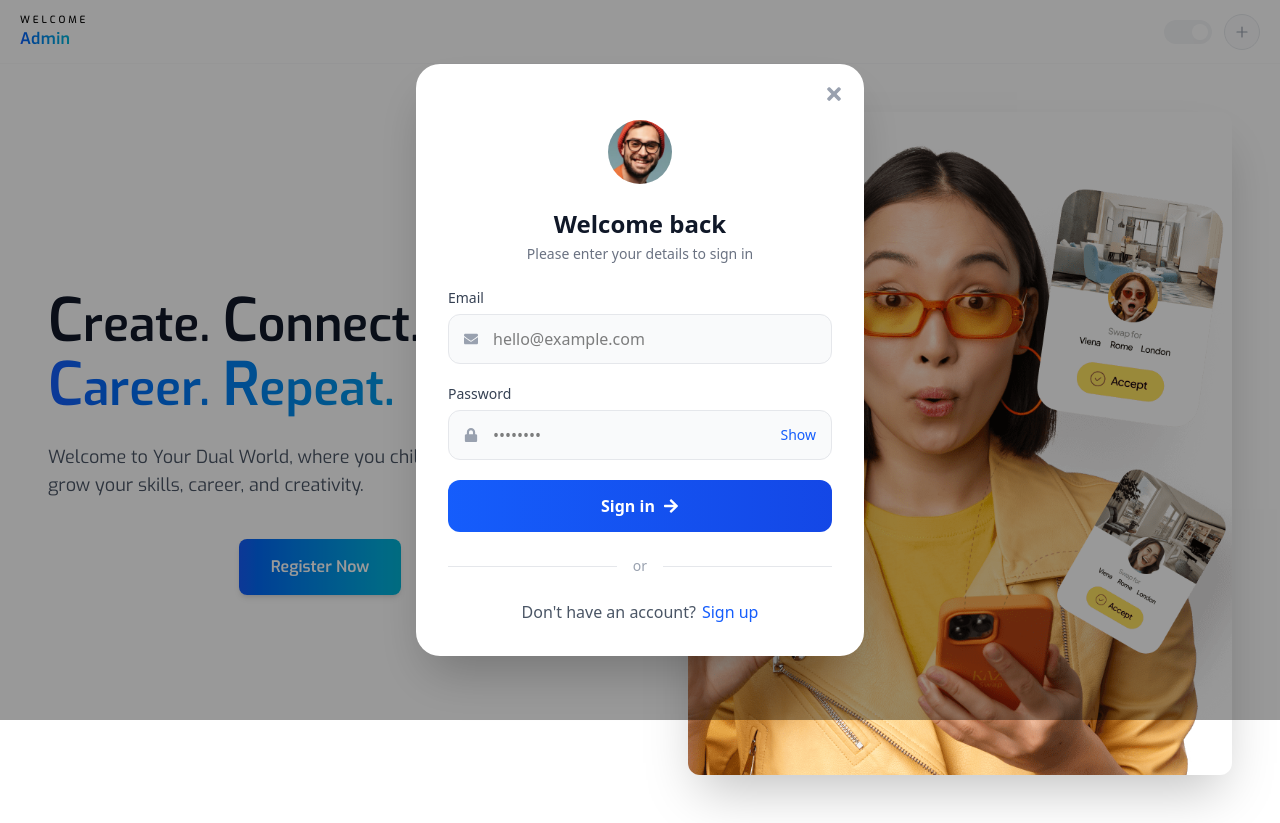
Repository: deepak445566/job
Page: / (app in frontend/), after clicking the first element matching `button.group`
These files come from the project's save history. The page is drawn as it stood at one moment and after the next save; the edit follows.
The browser window is 1280 px wide. The pictures show the whole page.
The page's requests for data from a server got no answer. Some web fonts or font styles are not loaded; a fallback is used. The project was rebuilt for these pictures with package versions that can differ from the ones it lists, and the page was loaded fresh each time. Some packages were replaced by stand-ins written for this rebuild. No one was signed in, and anything a server would have sent is missing. Also part of the build but not shown: frontend/vite.config.js, frontend/src/Components/study/StudyDashboard.jsx, frontend/src/Components/chill/ChillDashboard.jsx.

Above is the page before, as saved 2026-02-26 14:34:21.

After the next save:
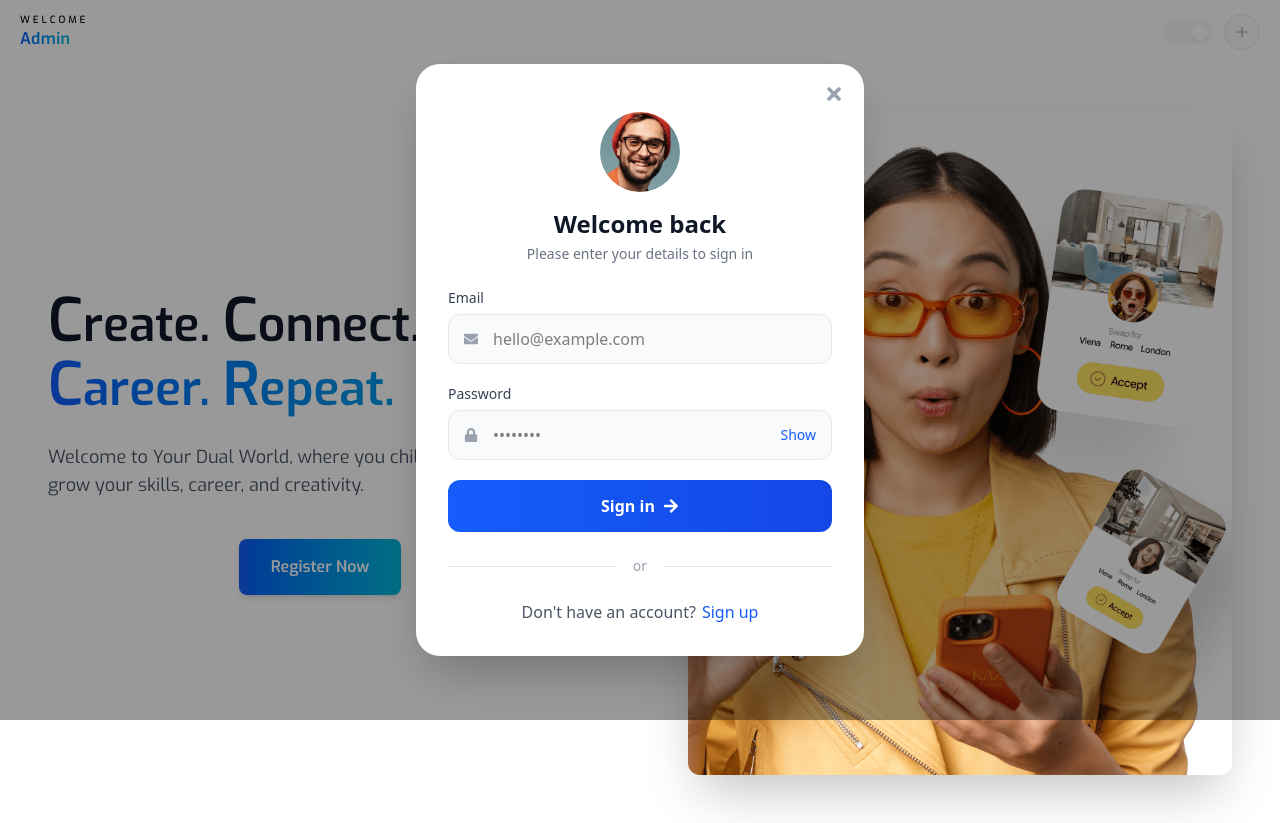
Saved 7 s later.
--- a/frontend/src/Components/auth/Login.jsx
+++ b/frontend/src/Components/auth/Login.jsx
@@ -71,7 +71,7 @@ function Login() {
 
         {/* Simple Header */}
         <div className="pt-12 pb-6 px-8 text-center">
-          <div className="w-16 h-20 mx-auto mb-4 flex items-center justify-center">
+          <div className="w-20 h-20 mx-auto mb-4 flex items-center justify-center">
          <img src="/images/log.jpg" className="rounded-full"/>
           </div>
           <h2 className="text-2xl font-semibold text-gray-900">
